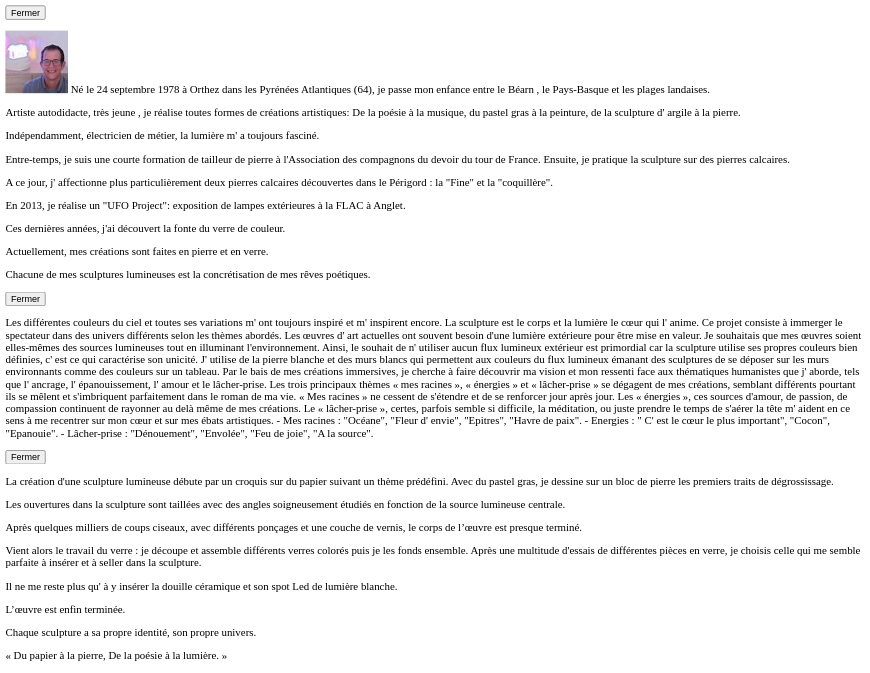
Repository: lysianebo/EricBidart
Page: presentation_more.html
An editor plug-in stored every save of this project. The page is shown before and after the next save, followed by the edit.
The browser window is 1280 px wide. The pictures show the whole page, at 68% of full size.

Above is the page before, as saved 2023-10-29 06:56:34.

After the next save:
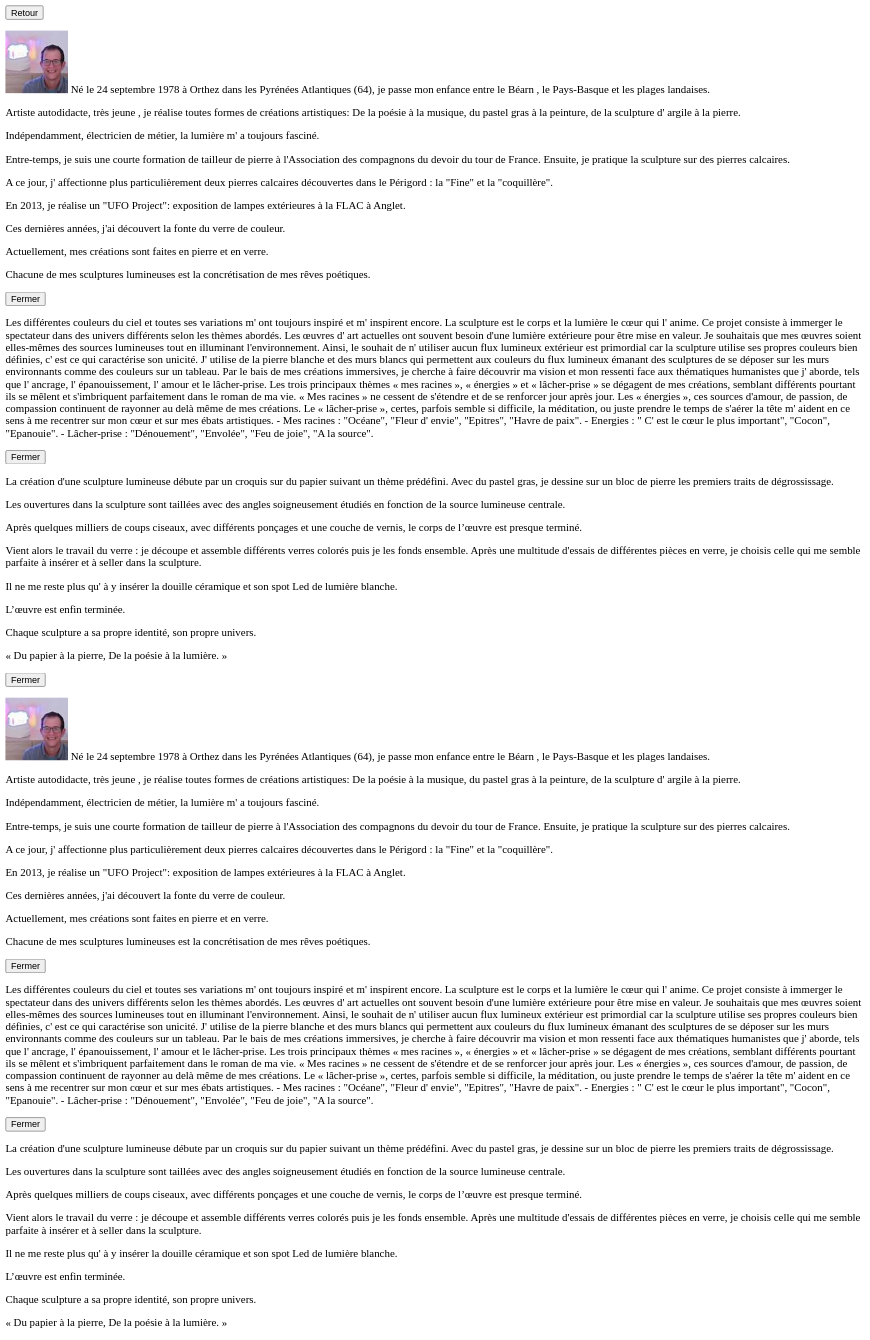
Saved 2 min 32 s later.
--- a/presentation_more.html
+++ b/presentation_more.html
@@ -1,3 +1,108 @@
+<!DOCTYPE html>
+<html lang="en">
+<head>
+    <meta charset="UTF-8">
+    <meta name="viewport" content="width=device-width, initial-scale=1.0">
+    <title>Document</title>
+</head>
+<body>
+    <div class="content-container">
+        <div class="hidden"
+            id="presentation-content">
+            <button class="close-button">Retour</button>
+
+            <p class="text"><img src="public/images/happy_moi.jpeg"
+                    alt=""> Né le 24 septembre 1978 à Orthez dans les Pyrénées Atlantiques (64),
+                je passe mon enfance entre le Béarn , le Pays-Basque et les plages landaises. </p>
+            <p> Artiste autodidacte, très jeune , je réalise toutes formes de créations artistiques:
+                De la poésie à la musique, du pastel gras à la peinture, de la sculpture d' argile à la pierre.</p>
+            <p> Indépendamment, électricien de métier, la lumière m' a toujours fasciné.</p>
+
+            <p> Entre-temps, je suis une courte formation de tailleur de pierre à l'Association des compagnons du devoir du
+                tour de France. Ensuite, je pratique la sculpture sur des pierres calcaires.</p>
+
+            <p> A ce jour, j' affectionne plus particulièrement deux pierres calcaires découvertes dans le Périgord : la
+                "Fine" et la "coquillère".</p>
+            <p> En 2013, je réalise un "UFO Project": exposition de lampes extérieures à la FLAC à Anglet.</p>
+            <p> Ces dernières années, j'ai découvert la fonte du verre de couleur.</p>
+            <p> Actuellement, mes créations sont faites en pierre et en verre.</p>
+            <p>Chacune de mes sculptures lumineuses est la concrétisation de mes rêves poétiques.</p>
+        </div>
+        <!-- Contenu de la section "Bibliographie" ici -->
+    </div>
+    <div class="hidden"
+        id="demarche-content">
+        <button class="close-button">Fermer</button>
+        <p>Les différentes couleurs du ciel et toutes ses variations m' ont toujours inspiré et m' inspirent encore.
+
+            La sculpture est le corps et la lumière le cœur qui l' anime.
+
+
+
+            Ce projet consiste à immerger le spectateur dans des univers différents selon les thèmes abordés.
+
+            Les œuvres d' art actuelles ont souvent besoin d'une lumière extérieure pour être mise en valeur.
+
+            Je souhaitais que mes œuvres soient elles-mêmes des sources lumineuses tout en illuminant l'environnement.
+
+            Ainsi, le souhait de n' utiliser aucun flux lumineux extérieur est primordial car la sculpture utilise ses
+            propres couleurs bien définies, c' est ce qui caractérise son unicité.
+
+
+
+            J' utilise de la pierre blanche et des murs blancs qui permettent aux couleurs du flux lumineux émanant des
+            sculptures de se déposer sur les murs environnants comme des couleurs sur un tableau.
+
+            Par le bais de mes créations immersives, je cherche à faire découvrir ma vision et mon ressenti face aux
+            thématiques humanistes que j' aborde, tels que l' ancrage, l' épanouissement, l' amour et le lâcher-prise.
+
+
+
+            Les trois principaux thèmes « mes racines », « énergies » et « lâcher-prise » se dégagent de mes créations,
+            semblant différents pourtant ils se mêlent et s'imbriquent parfaitement dans le roman de ma vie.
+
+            « Mes racines » ne cessent de s'étendre et de se renforcer jour après jour.
+
+            Les « énergies », ces sources d'amour, de passion, de compassion continuent de rayonner au delà même de mes
+            créations.
+
+            Le « lâcher-prise », certes, parfois semble si difficile, la méditation, ou juste prendre le temps de s'aérer la
+            tête m' aident en ce sens à me recentrer sur mon cœur et sur mes ébats artistiques.
+
+            - Mes racines : "Océane", "Fleur d' envie", "Epitres", "Havre de paix".
+
+            - Energies : " C' est le cœur le plus important", "Cocon", "Epanouie".
+
+            - Lâcher-prise : "Dénouement", "Envolée", "Feu de joie", "A la source".
+
+        </p>
+    </div>
+    <div class="hidden"
+        id="technique-content">
+        <button class="close-button">Fermer</button>
+        <p>La création d'une sculpture lumineuse débute par un croquis sur du papier suivant un thème prédéfini. Avec du
+            pastel gras, je dessine sur un bloc de pierre les premiers traits de dégrossissage. </p>
+        <p>Les ouvertures dans la sculpture sont taillées avec des angles soigneusement étudiés en fonction de la source
+            lumineuse centrale.</p>
+        <p>Après quelques milliers de coups ciseaux, avec différents ponçages et une couche de vernis,
+            le corps de l’œuvre est presque terminé.</p>
+        <p> Vient alors le travail du verre : je découpe et assemble différents verres colorés puis je les fonds ensemble.
+            Après une multitude d'essais de différentes pièces en verre, je choisis celle qui me semble parfaite à insérer
+            et à seller dans la sculpture.</p>
+        <p>Il ne me reste plus qu' à y insérer la douille céramique et son spot Led de lumière blanche.</p>
+        </p>
+        <p> L’œuvre est enfin terminée.</p>
+
+
+        <p> Chaque sculpture a sa propre identité, son propre univers.</p>
+
+        <p> « Du papier à la pierre, De la poésie à la lumière. »</p>
+        <!-- Contenu de la section "Technique de création d'une œuvre" ici -->
+    </div>
+
+    </div>
+</body>
+</html>
 <!DOCTYPE html>
 <html lang="en">
 <head>
